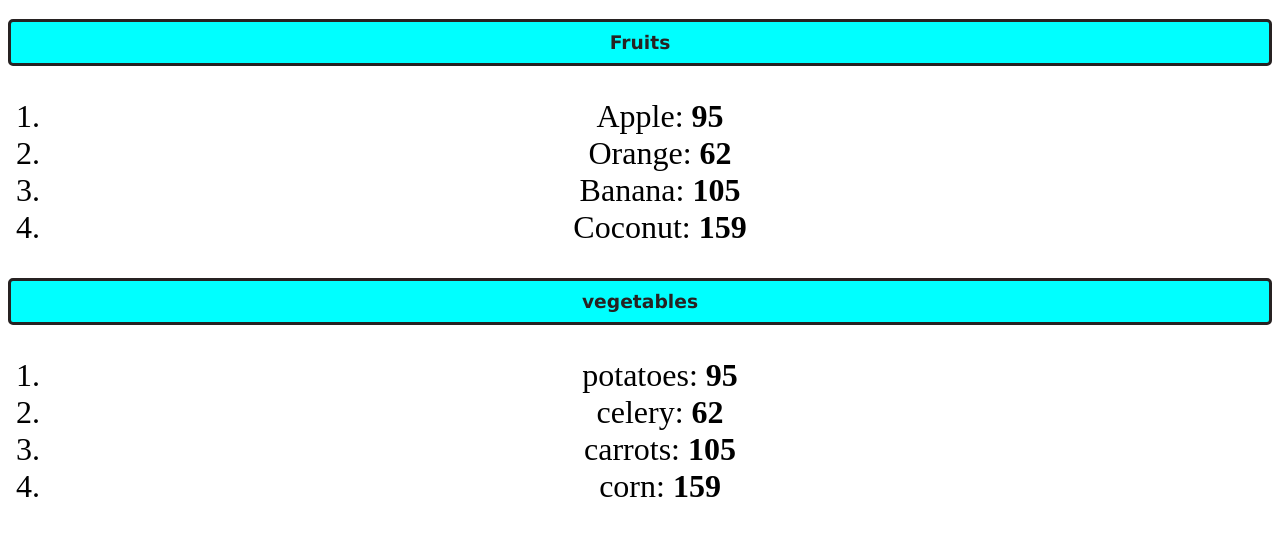
Repository: wakoya-tech/my-react-practice
Page: /
The author's editor kept a copy of each file at every save. The page is drawn from the files as they stood at one save, then again after the next save.
The browser window is 1280 px wide. The pictures show the whole page.
The project was rebuilt for these pictures with package versions that can differ from the ones it lists, and the page was loaded fresh each time. Also part of the build but not shown: vite.config.js.

Above is the page before, as saved 2025-10-01 17:05:54.

### src/index.css
.list-category{
  font-family: Verdana, Geneva, Tahoma, sans-serif;
  text-align: center;
  border: 3px solid;
  margin-bottom: 12px;
  color: rgb(39, 34, 34);
  background-color: aqua;
  padding: 10px;
  border-radius: 5px;
}
.list-items{
  text-align: center;
  font-size: 2rem;
}

### src/App.jsx
import List from "./List";

function App() {
  const fruits = [
    { id: 1, name: "Apple", calories: 95 },
    { id: 2, name: "Orange", calories: 62 },
    { id: 3, name: "Banana", calories: 105 },
    { id: 4, name: "Coconut", calories: 159 }
  ];
  const vegetables = [
    { id: 6, name: "potatoes", calories: 95 },
    { id: 7, name: "celery", calories: 62 },
    { id: 8, name: "carrots", calories: 105 },
    { id: 9, name: "corn", calories: 159 }
  ];
  return (
    <div>
      <List items={fruits} category="Fruits" />
      <List items={vegetables} category="vegetables" />
    </div>
  );
}

export default App;

### src/List.jsx
function List(props) {
    const itemList = props.items;   // ✅ Correct: items is the array
    const category = props.category;

    const listItems = itemList.map(item => (
      <li key={item.id}>
        {item.name}: <b>{item.calories}</b>
      </li>
    ));

    return (
      <>
        <h3 className="list-category">{category}</h3>
        <ol className="list-items">
          {listItems}
        </ol>
      </>
    );
  }

  export default List;

Loaded but not shown: index.html (common file); src/main.jsx (common file)

After the next save:
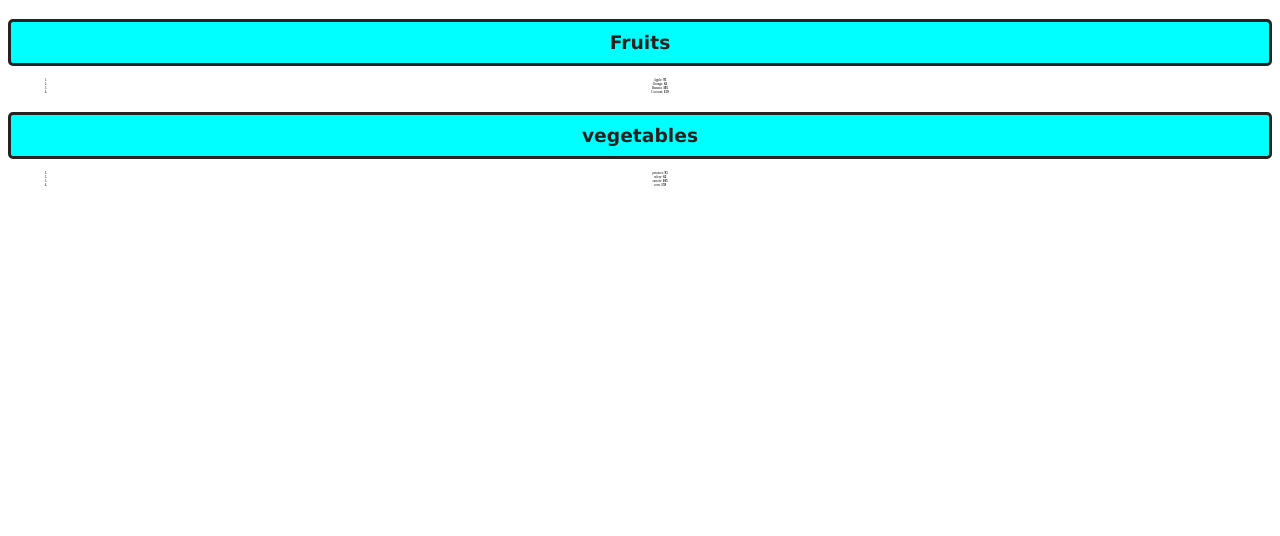
Saved 12 s later.
--- a/src/index.css
+++ b/src/index.css
@@ -10,5 +10,5 @@
 }
 .list-items{
   text-align: center;
-  font-size: 2rem;
+  font-size: 0.2rem;
 }
